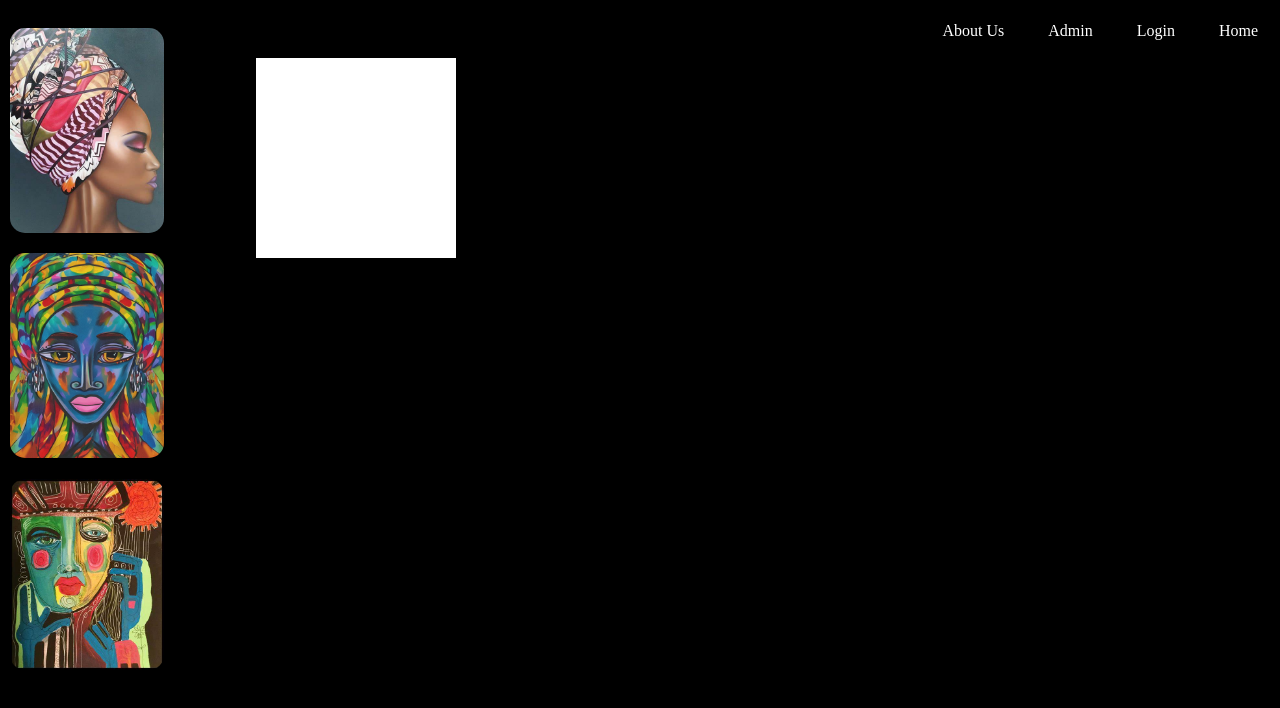
Repository: prathyushaa5/artgallery
Page: index.html
An editor plug-in stored every save of this project. The page is shown before and after the next save, followed by the edit.
The browser window is 1280 px wide. The pictures show the whole page.

Above is the page before, as saved 2023-11-09 23:55:10.

### index.html
<!DOCTYPE html>
<html lang="en">
<head>
    <meta charset="UTF-8">
    <meta name="viewport" content="width=device-width, initial-scale=1.0">
    <title>Document</title>
    <link rel="stylesheet" href="style1.css">
</head>
<body>
    <div class="navbar">
    <a class="home">Home</a>
    <a class="login">Login</a>
    <a class="admin">Admin</a>
    <a class="aboutUs">About Us</a>

    </div>
    <div class="body">
    <section class="sidebar">
    <img src="../PProject/img1.jpg" alt="art"  class="img">
    <img src="../PProject/img2.jpg" alt="art"  class="img">
    <img src="../PProject/img3.jpg" alt="art"  class="img">

    </section>
    <section class="circle">

    </section>
</div>
</body>
</html>

### style1.css
body{
    margin:0px;
    padding:0px;
    background-color:#000000;
}
.navbar{
    width:100%;
    height:8vh;
    background-color:#000000;
    display:flex;
    flex-direction:row-reverse;
    color:white;



}
.home,.login,.admin,.aboutUs{
  padding:22px;
}
.home:hover,.login:hover,.admin:hover,.aboutUs:hover{
    color:grey;
  }
  .body{
    display:flex;

  }
.sidebar{
    height:92vh;
    width:20%;
    background-color:#000000;
    display:flex;
    flex-direction:column;
    justify-content:space-around;
    position:relative;
    bottom:40px;

}
img.img{
    position:relative;
    animation:anim 5s ease-in;
    animation-iteration-count:infinite;
    margin:2px 10px;
    width:60%;
    border-radius:15px;
}
.circle{
    height:200px;
    width:200px;
    background-color:white;
    positon:relative;
    display:inline-block;
    bottom:50px;
}
@keyframes anim{
    0%{
        opacity:1;
    }
    50%{
        opacity:0.5;
    }
    100%{
        opacity:1;
    }

}

After the next save:
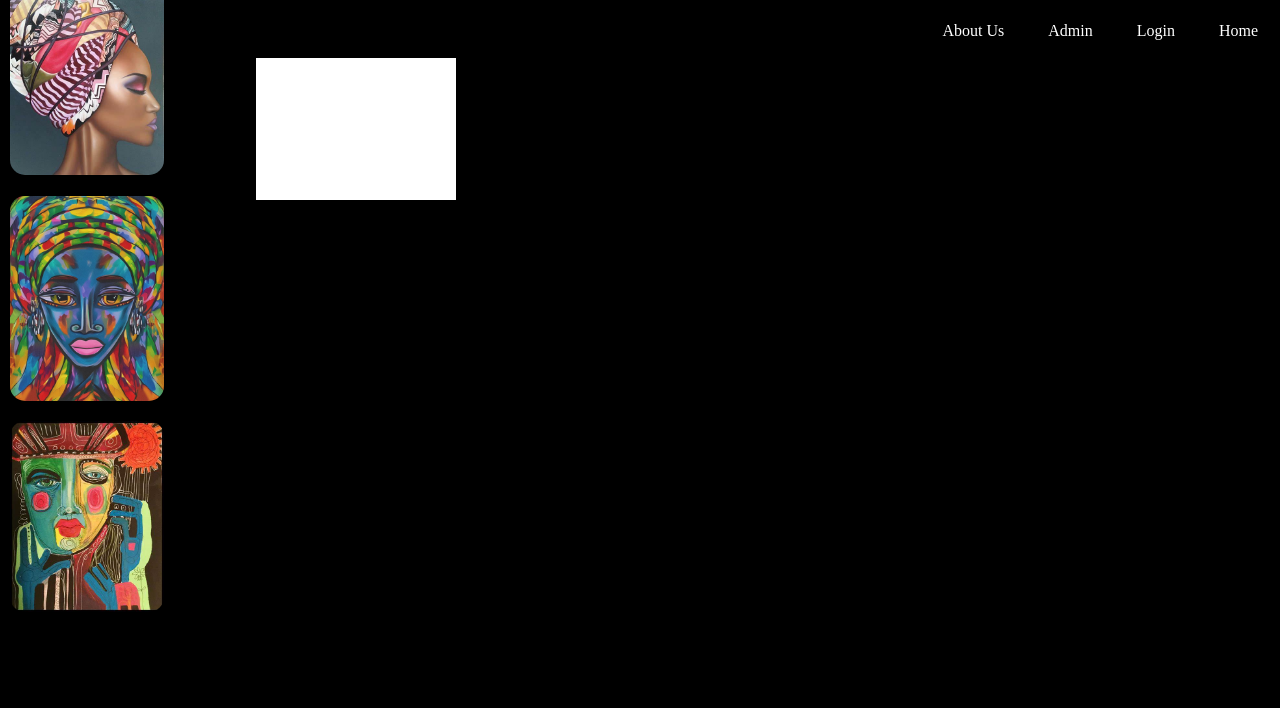
Saved 49 s later.
--- a/style1.css
+++ b/style1.css
@@ -10,6 +10,7 @@ body{
     display:flex;
     flex-direction:row-reverse;
     color:white;
+    position:absolute;
 
 
 
@@ -49,7 +50,7 @@ img.img{
     background-color:white;
     positon:relative;
     display:inline-block;
-    bottom:50px;
+    bottom:40px;
 }
 @keyframes anim{
     0%{
